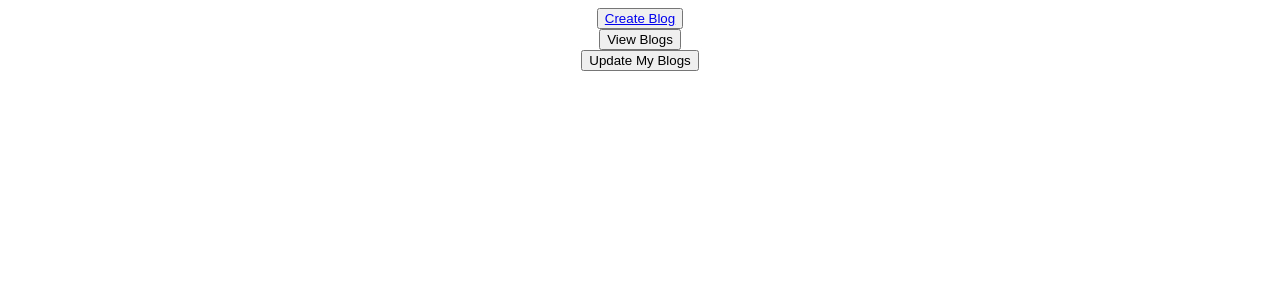
Repository: JamesArul/CLBSiteSTMT
Page: StudentsMeetFrontEnd/WebContent/Forum/ForumHome.html
The author's editor kept a copy of each file at every save. The page is drawn from the files as they stood at one save, then again after the next save.
The browser window is 1280 px wide. The pictures show the whole page.

Above is the page before, as saved 2017-06-02 20:10:27.

### StudentsMeetFrontEnd/WebContent/Forum/ForumHome.html
<div ng-include="'Common/CommonHeader.html'"></div>
<div ng-controller="ForumController as btrl">
<center>
<div class="row">
<div class="col-sm-4">
<button type="button" class="btn btn-success" onclick=""><a href="#!/goForumCreate">Create Blog</a></button>
</div>
<div class="col-sm-4">
<button type="button" class="btn btn-success" ng-click="btrl.getBlogs()">View Blogs</button>
</div>
<div class="col-sm-4">
<button type="button" class="btn btn-success" ng-click="btrl.getMyBlogs()">Update My Blogs</button>
</div>
</div>
</center>
</div>

After the next save:
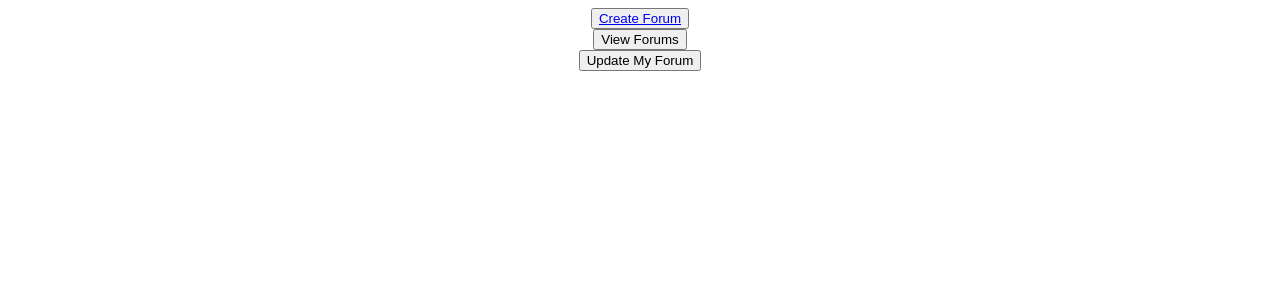
Saved 16 s later.
--- a/StudentsMeetFrontEnd/WebContent/Forum/ForumHome.html
+++ b/StudentsMeetFrontEnd/WebContent/Forum/ForumHome.html
@@ -3,13 +3,13 @@
 <center>
 <div class="row">
 <div class="col-sm-4">
-<button type="button" class="btn btn-success" onclick=""><a href="#!/goForumCreate">Create Blog</a></button>
+<button type="button" class="btn btn-success" onclick=""><a href="#!/goForumCreate">Create Forum</a></button>
 </div>
 <div class="col-sm-4">
-<button type="button" class="btn btn-success" ng-click="btrl.getBlogs()">View Blogs</button>
+<button type="button" class="btn btn-success" ng-click="btrl.getBlogs()">View Forums</button>
 </div>
 <div class="col-sm-4">
-<button type="button" class="btn btn-success" ng-click="btrl.getMyBlogs()">Update My Blogs</button>
+<button type="button" class="btn btn-success" ng-click="btrl.getMyBlogs()">Update My Forum</button>
 </div>
 </div>
 </center>
